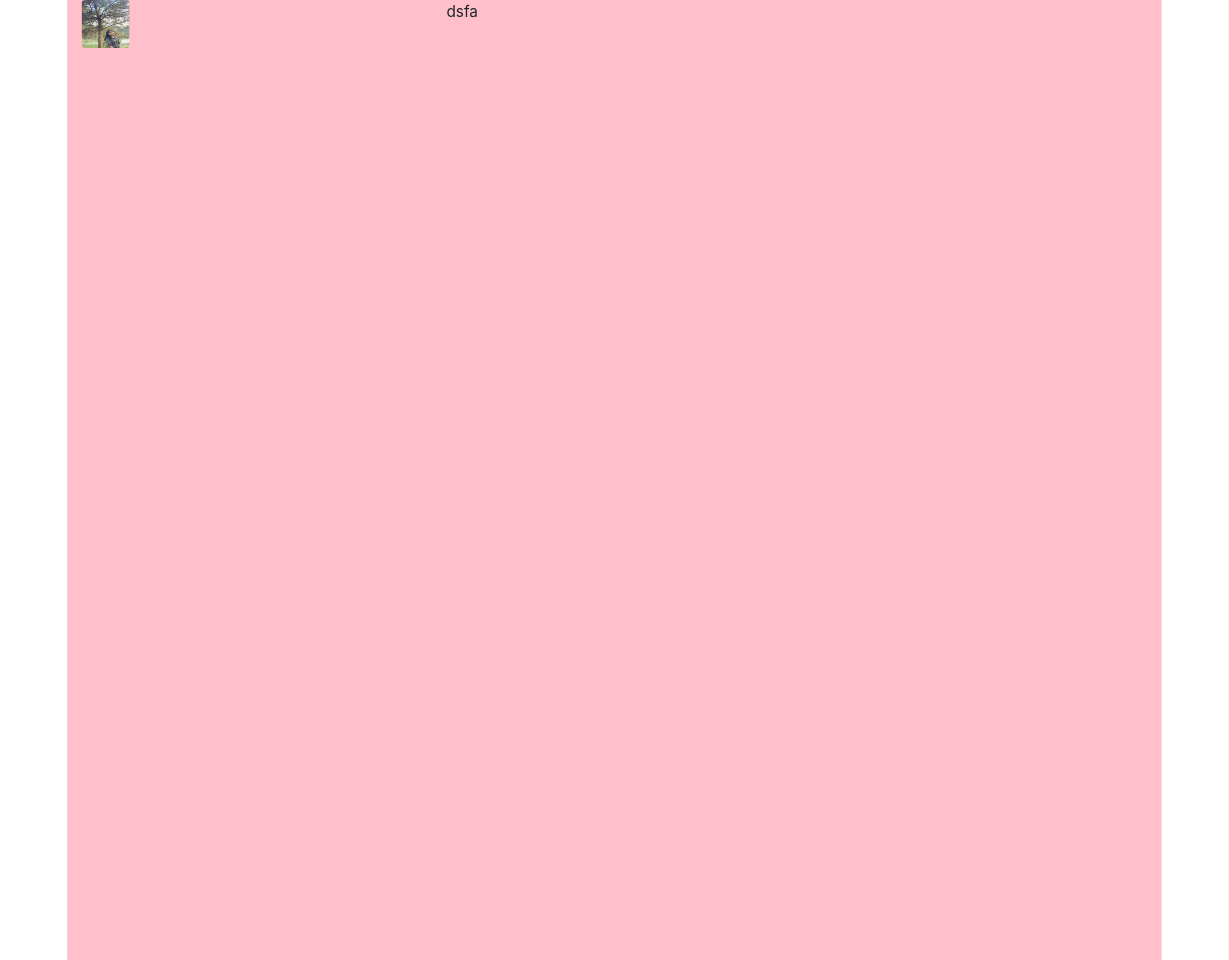
Repository: huyennvo/CSS
Page: CV/index.html
An editor plug-in stored every save of this project. The page is shown before and after the next save, followed by the edit.
The browser window is 1280 px wide. The pictures show the whole page, at 96% of full size.

Above is the page before, as saved 2022-07-18 14:36:37.

After the next save:
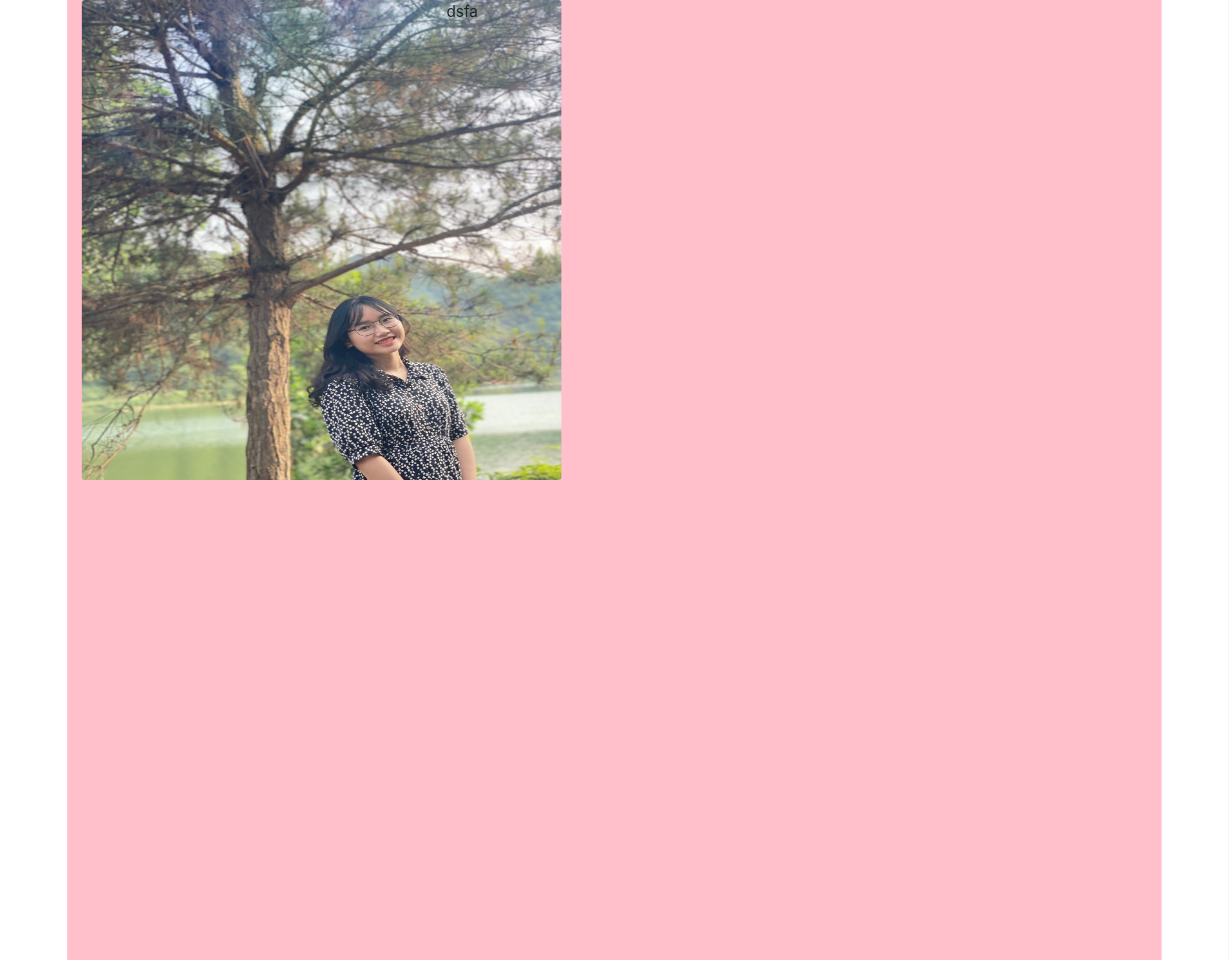
Saved 10 s later.
--- a/CV/style.css
+++ b/CV/style.css
@@ -10,8 +10,8 @@
 }
 
 .rounded {
-    width: 50px;
-    height: 50px;
+    width: 500px;
+    height: 500px;
 }
 .left {
 
